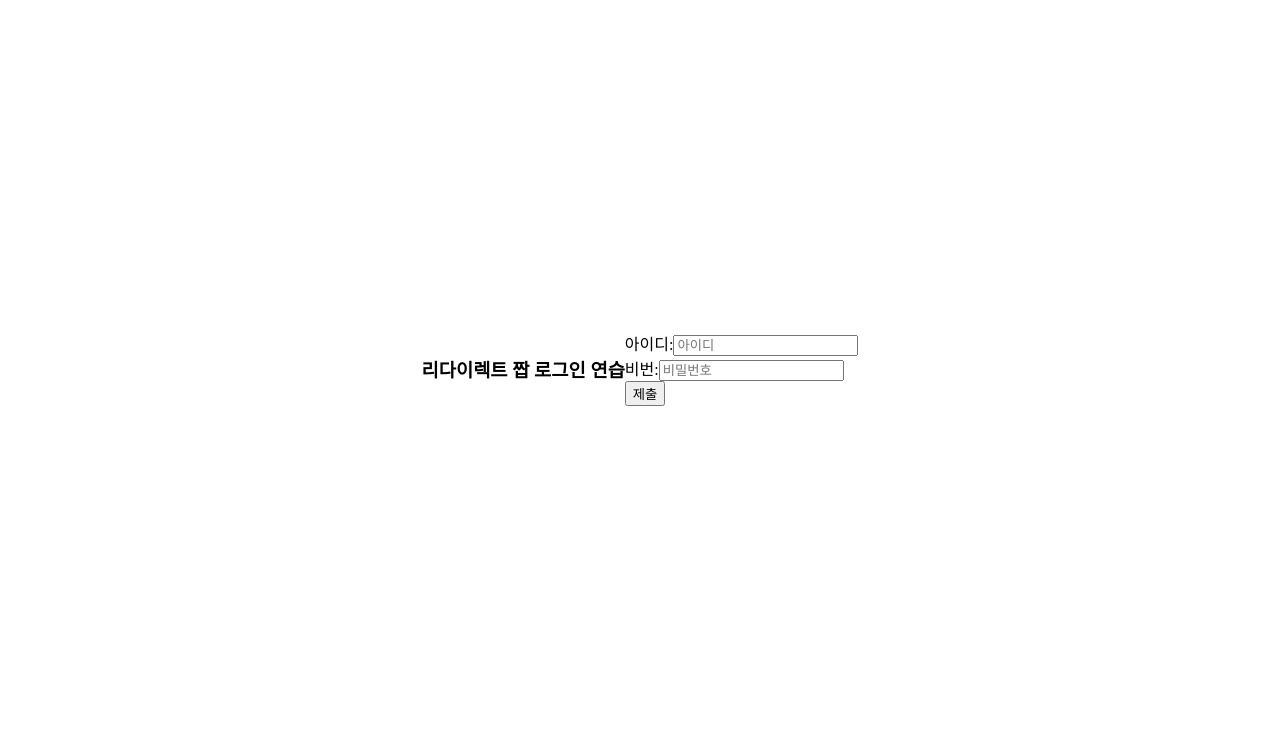
Repository: Muji1412/JSPstudy
Page: http://localhost/JSPbasic/response/Quiz01.jsp
An editor plug-in stored every save of this project. The page is shown before and after the next save, followed by the edit.
The browser window is 1280 px wide. The pictures show the whole page.
The page is served by Tomcat 9. Other server files are loaded and not shown.

Above is the page before, as saved 2025-02-20 05:40:05.

### workspace/JSPbasic/src/main/webapp/response/Quiz01.jsp
<%@ page language="java" contentType="text/html; charset=UTF-8"
    pageEncoding="UTF-8"%>
<!DOCTYPE html>
<html>
<head>
<meta charset="UTF-8">
<title>Insert title here</title>
<style type="text/css">
body {}
	.wrap{
		height: 100vh;
		display: flex;
		justify-content: center;
		align-items:center;
	}
</style>
</head>
<body>
	<!--
	css를 적용할때는, class or id 속성을 자주 사용한다.
	내부 스타일 시트 방법으로 선택자를 이용해서 디자인
	 -->

	<div class="wrap">
	<h3>리다이렉트 짭 로그인 연습</h3>

		<form action="quiz01_result.jsp" method="post" class="box">
			아이디:<input type = "text" name= "id" placeholder="아이디"><br>
			비번:<input type = "text" name= "pw" placeholder = "비밀번호"><br>
			<input type = "submit" value= "제출">
		</form>
	</div>

</body>
</html>

After the next save:
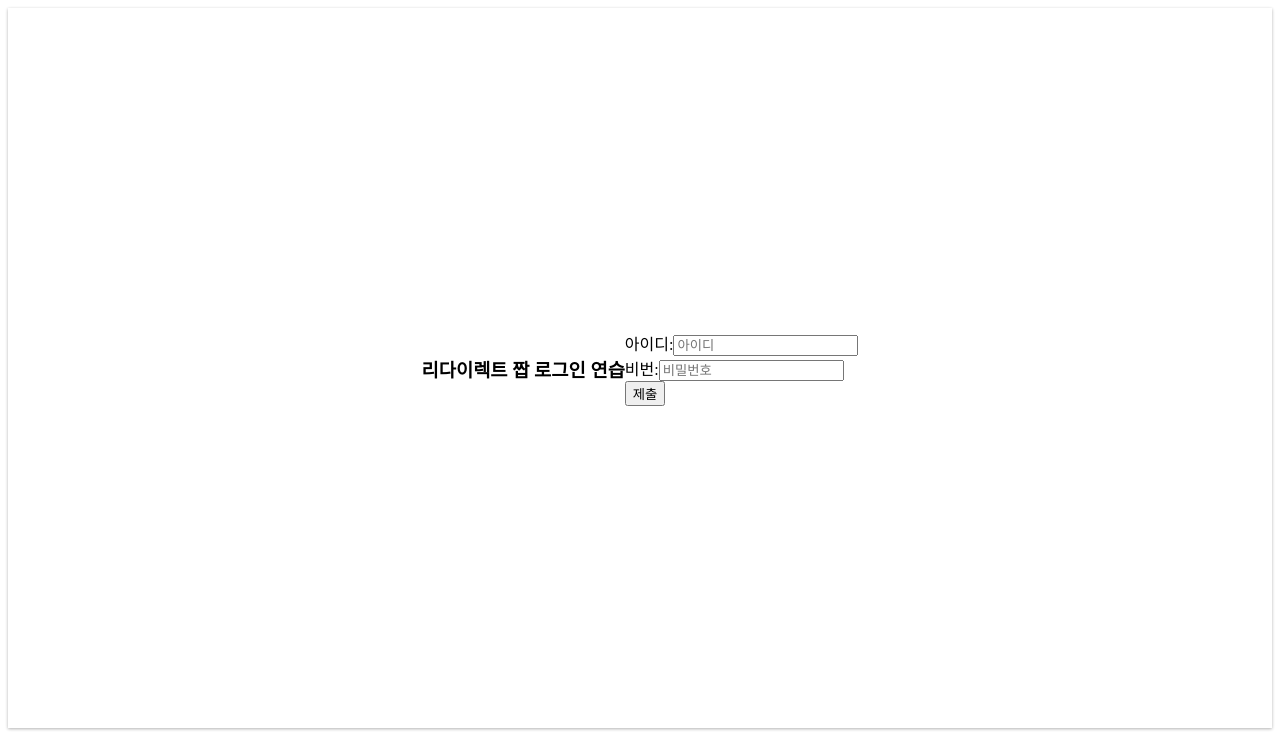
Saved 29 s later.
--- a/workspace/JSPbasic/src/main/webapp/response/Quiz01.jsp
+++ b/workspace/JSPbasic/src/main/webapp/response/Quiz01.jsp
@@ -12,6 +12,7 @@
 		display: flex;
 		justify-content: center;
 		align-items:center;
+		box-shadow: 0 1px 3px rgba(0,0,0,0.3)
 	}
 </style>
 </head>
